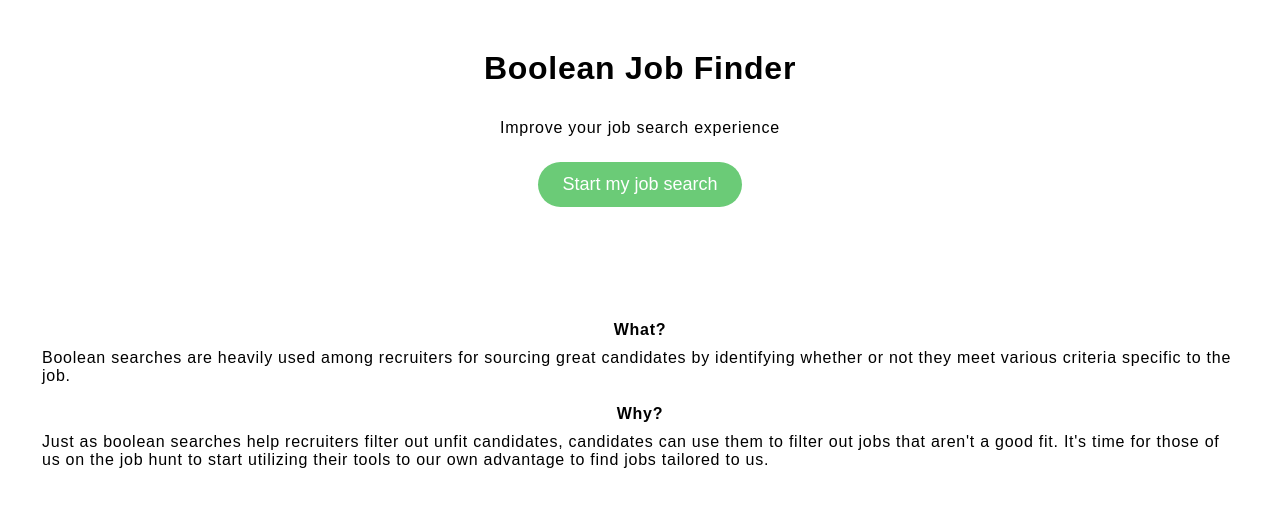
Repository: Rthompson2548/boolean-job-searcher
Page: /
An editor plug-in stored every save of this project. The page is shown before and after the next save, followed by the edit.
The browser window is 1280 px wide. The pictures show the whole page.
The project was rebuilt for these pictures with package versions that can differ from the ones it lists, and the page was loaded fresh each time.

Above is the page before, as saved 2022-04-05 14:06:08.

### public/index.html
<!DOCTYPE html>
<html lang="en">
  <head>
    <meta charset="utf-8" />
    <link rel="icon" href="%PUBLIC_URL%/favicon.ico" />
    <meta name="viewport" content="width=device-width, initial-scale=1" />
    <meta name="theme-color" content="#000000" />
    <meta
      name="description"
      content="Web site created using create-react-app"
    />
    <link rel="preconnect" href="https://fonts.googleapis.com">
    <link rel="preconnect" href="https://fonts.gstatic.com" crossorigin>
    <link href="https://fonts.googleapis.com/css2?family=Inconsolata&family=League+Spartan&display=swap" rel="stylesheet">

    <title>React App</title>
  </head>
  <body>
    <noscript>You need to enable JavaScript to run this app.</noscript>
    <div id="root"></div>
    <!--
      This HTML file is a template.
      If you open it directly in the browser, you will see an empty page.

      You can add webfonts, meta tags, or analytics to this file.
      The build step will place the bundled scripts into the <body> tag.

      To begin the development, run `npm start` or `yarn start`.
      To create a production bundle, use `npm run build` or `yarn build`.
    -->
  </body>
</html>

### src/App.js
import "./styles.css";
// import { CopyToClipboard } from "react-copy-to-clipboard";
import React, { useState, useEffect, useRef } from "react";



export default function App() {
  let searchCategories = [
    "Experience",
    "Location",
    "Tech Stack",
    "Title",
    "Technologies",
    "Company"
  ];

let defaultCategories = [
  {
    id: 1,
    name: "Experience",
    placeholders: ["Junior", "Entry", "Grad", "Student"]
  },
  {
    id: 2,
    name: "Location",
    placeholders: ["Junior", "Entry", "Grad", "Student"]
  },
  {
    id: 3,
    name: "End",
    placeholders: ["Junior", "Entry", "Grad", "Student"]
  },
  {
    id: 4,
    name: "Title",
    placeholders: ["Junior", "Entry", "Grad", "Student"]
  },
  {
    id: 5,
    name: "Technologies",
    placeholders: ["Junior", "Entry", "Grad", "Student"]
  },
  {
    id: 6,
    name: "Company Name",
    placeholders: ["Junior", "Entry", "Grad", "Student"]
  }
];


const [copyString, setCopyString] = useState("");
const [addCategory, setAddCategory] = useState(false);
const [addCategoryBtnText, setAddCategoryBtnText] = useState(
"Start my job search"
)
const [category, setCategory] = useState("");
const [categoryChosen, setCategoryChosen] = useState(false);
const [categoryOptions, setCategoryOptions] = useState(false);
const [showCategoryForm, setShowCategoryForm] = useState(false);
const [showNewCategoryButton, setShowNewCategoryButton] = useState(true);
const [showName, setShowName] = useState(false);
const [showForm, setShowForm] = useState(false);
const [showAddWordBtn, setShowAddWordBtn] = useState(false)
const [word, setWord] = useState("");
const [list, setList] = useState([]);
const [show, setShow] = useState(false);
const [finishBtn, setFinishBtn] = useState(false);
const [finished, setFinished] = useState(false);
const [result, setResult] = useState([]);
const [doneWarning, setDoneWarning] = useState(false);
const [goodbyeMessage, setGoodbyeMessage] = useState(false);


const handleNewCategory = () => {
  setCategory("");
  setAddCategoryBtnText("Add a category");
  setShowNewCategoryButton(false);
  setFinishBtn(false);
  setCategoryOptions(true);
  setCategoryChosen(false);
};



const handleCustomCategory = () => {
  setShowCategoryForm(true);
  setCategoryOptions(false);
};


const handleCategoryNameChange = event => {
  setCategory(event.target.value);
};

const submitCategory = () => {
  setAddCategory(false);
  setShowName(true);
  setShowNewCategoryButton(false);
  setShowAddWordBtn(true);
  setShowForm(true);
  setShowCategoryForm(false);
};


const handleAddWord = () => {
  setShowForm(true);
  setCategoryOptions(false);
  setCategoryChosen(true);
};


const handleCategoryClick = event => {
  setCategory(event.target.value);
  setCategoryChosen(true);
};


const handleWordChange = event => {
  setWord(event.target.value);
};


  const [noLetters, setNoLetters] = useState(false);

  const submitAsteriskWord = () => {
    if (word.length <= 1) {
      setNoLetters(true);
    } else {
      setList((prevList) => [...prevList, `"${word}*"`]);
      setWord("");
      setShow(true);
      console.log(word);
    }
  };

  const submitWord = () => {
    if (word.length <= 1) {
      setNoLetters(true);
    } else {
      setList((prevList) => [...prevList, `"${word}"`]);
      setWord("");
      setShow(true);
      console.log(word);
    }
  };

  useEffect(() => {
    setCategory(category);
  }, [category]);

  let booleanString = `(${list.join(" OR ")})`;

  const handleSubmitCategoryWords = () => {
    setShowNewCategoryButton(true);
    setShow(false);
    setShowName(false);
    setShowForm(false);
    setFinishBtn(true);
    setResult((previousResult) => [...previousResult, booleanString]);
    console.log(result.join(" AND "));
    console.log(`list: ${list}`);
    setList([]);
    console.log(`list: ${list}`);
    setCopyString(result.join(" AND "));
  };

  const handleGenerateString = () => {
    setFinished(true);
    setFinishBtn(false);
    setShowNewCategoryButton(false);
    setDoneWarning(false);
    // setGoodbyeMessage(true);
  };

const handleDone = () => {
  setDoneWarning(true);
  setFinished(false);
};


const handleConfirmFinished = () => {
  setDoneWarning(false);
  setGoodbyeMessage(true);
  setShow(false);
  setFinished(false);
};



  return (
    <div className="App">
      <div className="header">
        <h1 className="app-title">Boolean Job Finder</h1>
        <p>Improve your job search experience</p>
        <button className="start-btn" onClick={handleNewCategory}>
          {addCategoryBtnText}
        </button>

      </div>
      <div>
    </div>


      {categoryOptions === true && (
        <div>
          <div>
<p className="pick-a-category-txt">Click a category below to start</p>


            {/* iterates through array of category names and returns a button for each */}
            <div className="category-btns">
              {searchCategories.map((value, i) => (
                <button
                  id="category-btn"
                  className="category-btn"
                  key={i}
                  value={searchCategories[i]}
                  onClick={handleCategoryClick}
                >
                  {value}
                </button>
              ))}

            </div>

{
  categoryChosen === true && (
    <button className="continue-btn" onClick={handleAddWord}>
      Continue
    </button>
  )
}
          </div>
        </div>
      )}

{
  showCategoryForm === true && (
    <div>
      <label>Enter a custom category name</label>
      <input
        placeholder="Enter category name"
        onChange={handleCategoryNameChange}
        value={category}
      />

<button onClick={submitCategory}>Submit</button>;

    </div>
  )
}

      {showForm === true && (
        <div className="keyword-form">
          <h1>{category}</h1>

          <div className="keyword-form-info">
            <div>
              <label>Enter 1 or more keywords</label>
            </div>
            <input
              placeholder="Enter two or more letters..."
              value={word}
              onChange={handleWordChange}
            />
          </div>

          <div className="keyword-btns">
            <button onClick={submitWord}>Include exact keyword</button>
            <button onClick={submitAsteriskWord}>
              Include similar keywords
            </button>

          </div>


        </div>
      )}

      {show === true && (
        <div className="keyword-string">
          <h4>{booleanString}</h4>
        </div>
      )}

      {showForm === true && (
        <div>
          <button className="continue-btn" onClick={handleSubmitCategoryWords}>
            Continue
          </button>
        </div>
      )}

      {showNewCategoryButton === true && (
        <div>
          <div className="what-why">
            <h4>What?</h4>
            <p>
              Boolean searches are heavily used among recruiters for sourcing great
              candidates by identifying whether or not they meet various criteria specific
              to the job.
            </p>
            <h4>Why?</h4>
            <p>
              Just as boolean searches help recruiters filter out unfit candidates, candidates can use them to filter out jobs that aren't a good fit. It's time for those of us on the job hunt to start utilizing their tools to our own advantage to find jobs tailored to us.
            </p>
          </div>


        </div>
      )}


      {finishBtn === true && (
        <div>
          <button className="done-btn" onClick={handleGenerateString}>
            Submit
          </button>
        </div>
      )}

      {finished === true && (
        <div className="boolean-string">
          <p value={copyString}>{result.join(" AND ")}</p>
          <button className="done-btn" onClick={handleDone}>
            Done
          </button>
        </div>
      )}

      {doneWarning === true && (
        <div className="boolean-string">
          <p>Are you sure? This cannot be undone</p>
          <button className="done-btn" onClick={handleConfirmFinished}>
            Yes, I am done
          </button>
        </div>
      )}

      {goodbyeMessage === true && (
        <div className="goodye-msg boolean-string">
<p>Goodbye!</p>;

          <button
            className="start-btn"
            onClick={() => window.location.reload(false)}
          >
            Home
          </button>
        </div>
      )}
    </div>
  );
}

### src/styles.css
* {
  margin: 0;
  padding: 0;
  background-color: #fff;
  color: #000;
  /* padding: 18px 0; */
}

.App {
  font-family: sans-serif;
  text-align: center;
  letter-spacing: 0.75px;
}

.header {
  line-height: 2rem;
  letter-spacing: 0.75px;
  padding: 52px 0;
}

img {
  width: 250px;
  height: auto;
}

button {
  /* width: 300px; */
  border-radius: 25px;
  background-color: #fff;
  color: #000;
  border: none;
  margin: 18px 0 0 0;
  font-size: 18px;
}

.app-title {
  margin-bottom: 28px;
  font-size: 32px;
}

h3 {
  font-size: 22px;
}

.what-why {
  padding: 42px;
}

.what-why p {
  text-align: left !important;
}

.what-why h4 {
  margin: 20px 0 10px 0;
}

.start-btn {
  background-color: #6bcb77 !important;
  color: #fff;
  font-size: 18px;
  vertical-align: middle;
  padding: 12px 24px;
}

.pick-a-category-txt {
  font-size: 18px;
  margin-bottom: 12px;
}

input {
  background-color: #fff;
  font-size: 18px;
  color: #000;
  width: 260px;
  border: 1.5px solid black;
  border-radius: 25px;
}

label {
  font-size: 20px;
}

.category-btns {
  /* center the element */
  right: 0;
  left: 0;
  margin-right: auto;
  margin-left: auto;
  display: flex;
  flex-direction: column;
  align-items: center;
}

.category-btns button {
  background-color: #ff6b6b;
  color: #fff;
  padding: 12px 42px;
  width: 300px;
}

.category-buttons button:active,
button:focus {
  /* color: #fff !important;
  background-color: #FFD93D !important; */
}

.category-buttons button:visited:after {
  color: #fff !important;
  background-color: #000 !important;
}

.continue-btn {
  background-color: #4d96ff;
  color: #fff;
}

.keyword-form-info {
  margin-top: 24px;
}

.keyword-form-info input {
  padding: 10px 24px 10px 10px;
  margin-top: 16px;
}

.keyword-btns {
  display: flex;
  flex-direction: column;
  align-items: center;
  margin: 10px 0 24px 0;
}

.keyword-btns button {
  background-color: #ff6b6b;
  color: #fff;
  font-size: 18px;
}

.keyword-string {
  padding: 20px;
  font-size: 20px;
  line-height: 2rem;
}

.goodye-msg {
  /* padding-top: 25%; */
  font-size: 42px !important;
}

.goodye-msg button {
  /* background-color: #4D96FF !important; */
  /* vertical-align: middle !important; */
}

.boolean-string {
  font-size: 32px;
  font-weight: bold;
  padding-top: 10%;
}


.boolean-string button {
  background-color: #fa58bc;
  color: #fff;
}

.done-btn {
  background-color: #4d96ff !important;
  color: #fff;
  font-size: 22px;
  vertical-align: middle;
  width: 400px;
  padding: 20px 0;
  margin-top: 36px;
}

.home-btn {
  background-color: #6bcb77 !important;
}

Loaded but not shown: src/index.js (common file); src/index.css (no stored copy; drawn as an empty file)

After the next save:
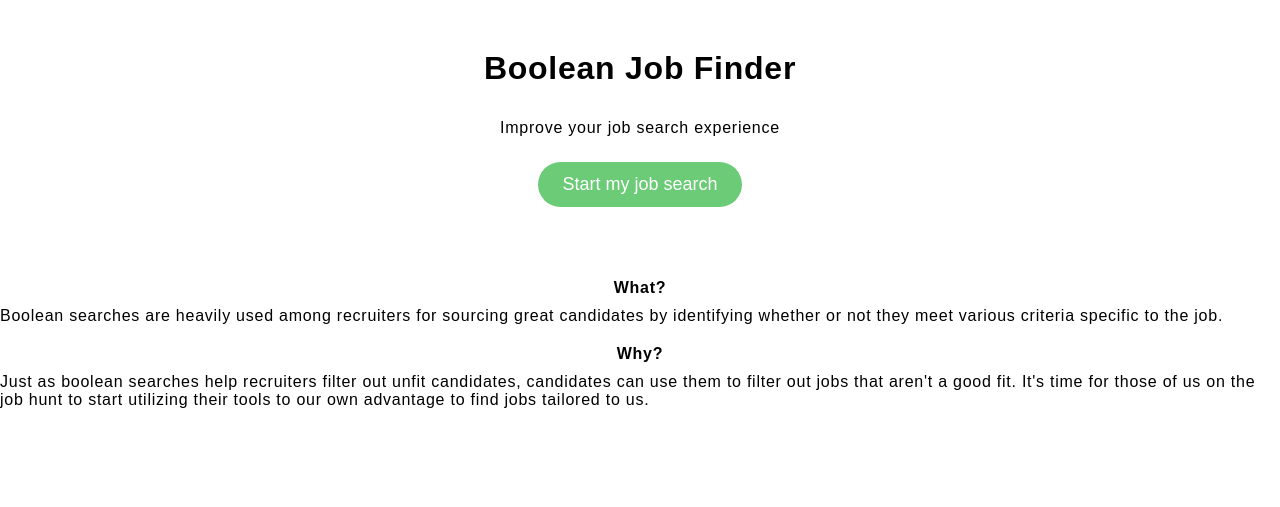
Saved 20 s later.
--- a/src/styles.css
+++ b/src/styles.css
@@ -42,9 +42,6 @@ h3 {
   font-size: 22px;
 }
 
-.what-why {
-  padding: 42px;
-}
 
 .what-why p {
   text-align: left !important;
